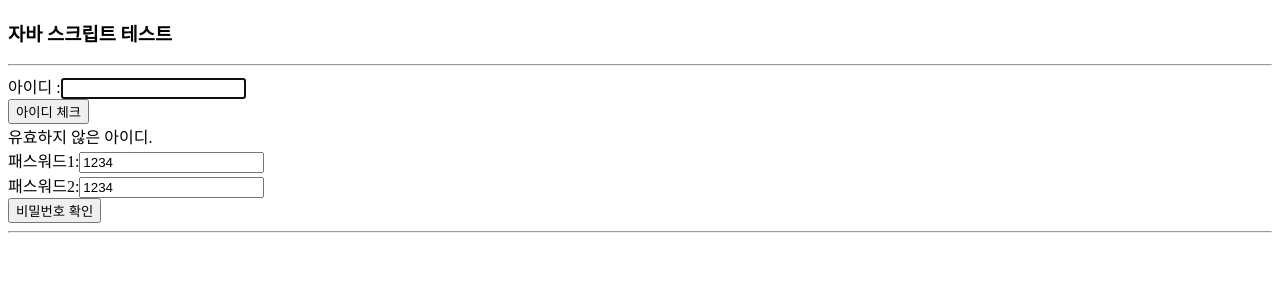
Repository: syshin0116/data2
Page: http://localhost/spring04/jsp2.jsp
An editor plug-in stored every save of this project. The page is shown before and after the next save, followed by the edit.
The browser window is 1280 px wide. The pictures show the whole page.
After loading, the first visible `#b1` was clicked once.
The page is served by Tomcat 9. Other server files are loaded and not shown.

Above is the page before, as saved 2022-02-17 03:52:28.
Console error: TypeError: Cannot set properties of undefined (setting 'color')

### spring04/src/main/webapp/jsp2.jsp
<%@ page language="java" contentType="text/html; charset=UTF-8"
	pageEncoding="UTF-8"%>
<!DOCTYPE html>
<html>
<head>
<meta charset="UTF-8">
<title>Insert title here</title>
<script type="text/javascript" src="resources/js/jquery-3.6.0.min.js"></script>
<script type="text/javascript">
//아이디가 b1인 것을 클릭했을때가로안에 넣은 이름없는 함수를 실행해주렴.
	$(function() {//body를 먼저 읽고 와서 메모리에 don tree로 읽어들이면  함수의내용대로 처리해주렴.
		$('#b1').click(function() {
			idValue = $('#id').val()
			if(idValue.length<5){
				$('#idCheckResult').html('유효하지 않은 아이디.')
				$('#id').val('')
				$('#id').focus()
				$('#idCheckResult').style.color ="red"
			}else{
				$('#idCheckResult').html('유효한 아이디.')
				$('#idCheckResult').style.color("green")
			}
		})
	})

</script>
</head>
<body>
	<h3>자바 스크립트 테스트</h3>
	<hr>
	아이디 :<input name="id" id="id" value="text"><br>
	<button id="b1">아이디 체크</button><br>
	<div id="idCheckResult"></div>
	패스워드1:<input name="pw1" id="pw1" value="1234"><br>
	패스워드2:<input name="pw2" id="pw2" value="1234"><br>
	<button id="b2">비밀번호 확인</button>
	<div id="pwCheckResult"></div>
	<hr>
</body>
</html>

Loaded but not shown: spring04/src/main/webapp/resources/js/jquery-3.6.0.min.js (library)

After the next save:
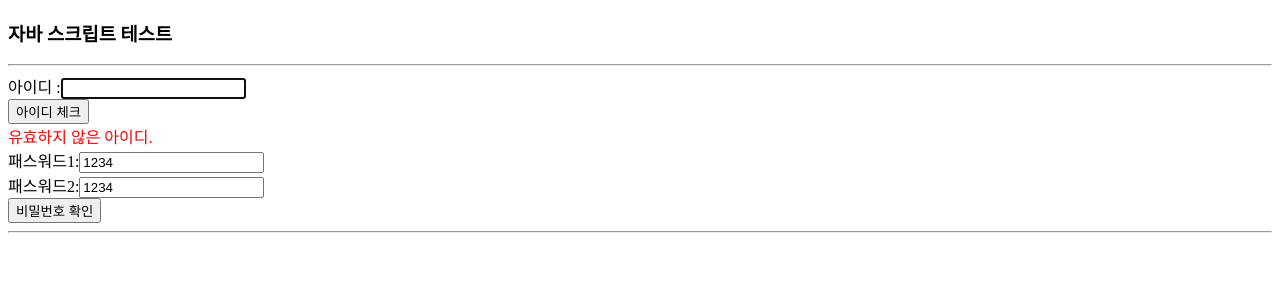
The error is gone.
Saved 66 s later.
--- a/spring04/src/main/webapp/jsp2.jsp
+++ b/spring04/src/main/webapp/jsp2.jsp
@@ -15,7 +15,7 @@
 				$('#idCheckResult').html('유효하지 않은 아이디.')
 				$('#id').val('')
 				$('#id').focus()
-				$('#idCheckResult').style.color ="red"
+				$('#idCheckResult').css("color", "red")
 			}else{
 				$('#idCheckResult').html('유효한 아이디.')
 				$('#idCheckResult').style.color("green")
